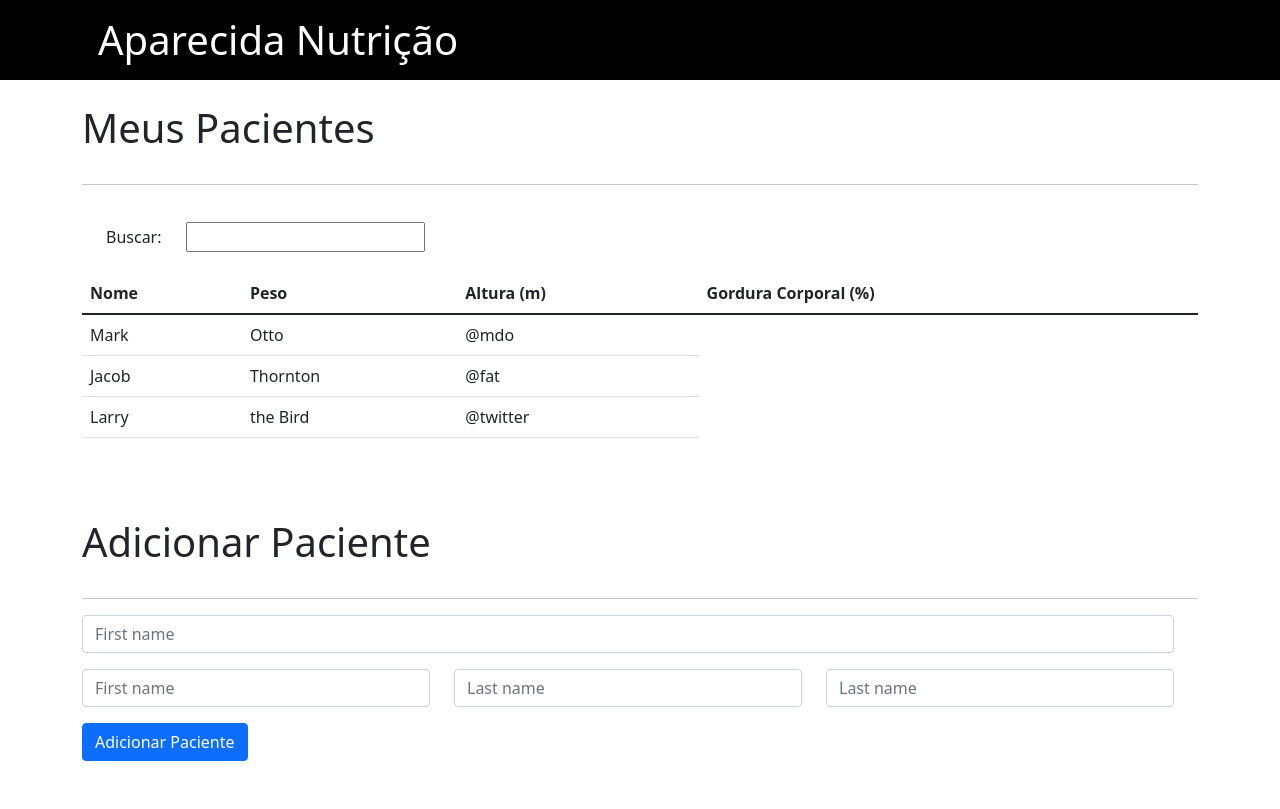
Repository: eversonps/app-paciente
Page: / (app in frontend/)
The author's editor kept a copy of each file at every save. The page is drawn from the files as they stood at one save, then again after the next save.
The browser window is 1280 px wide. The pictures show the whole page.
The project was rebuilt for these pictures with package versions that can differ from the ones it lists, and the page was loaded fresh each time.

Above is the page before, as saved 2022-03-28 14:46:49.

After the next save:
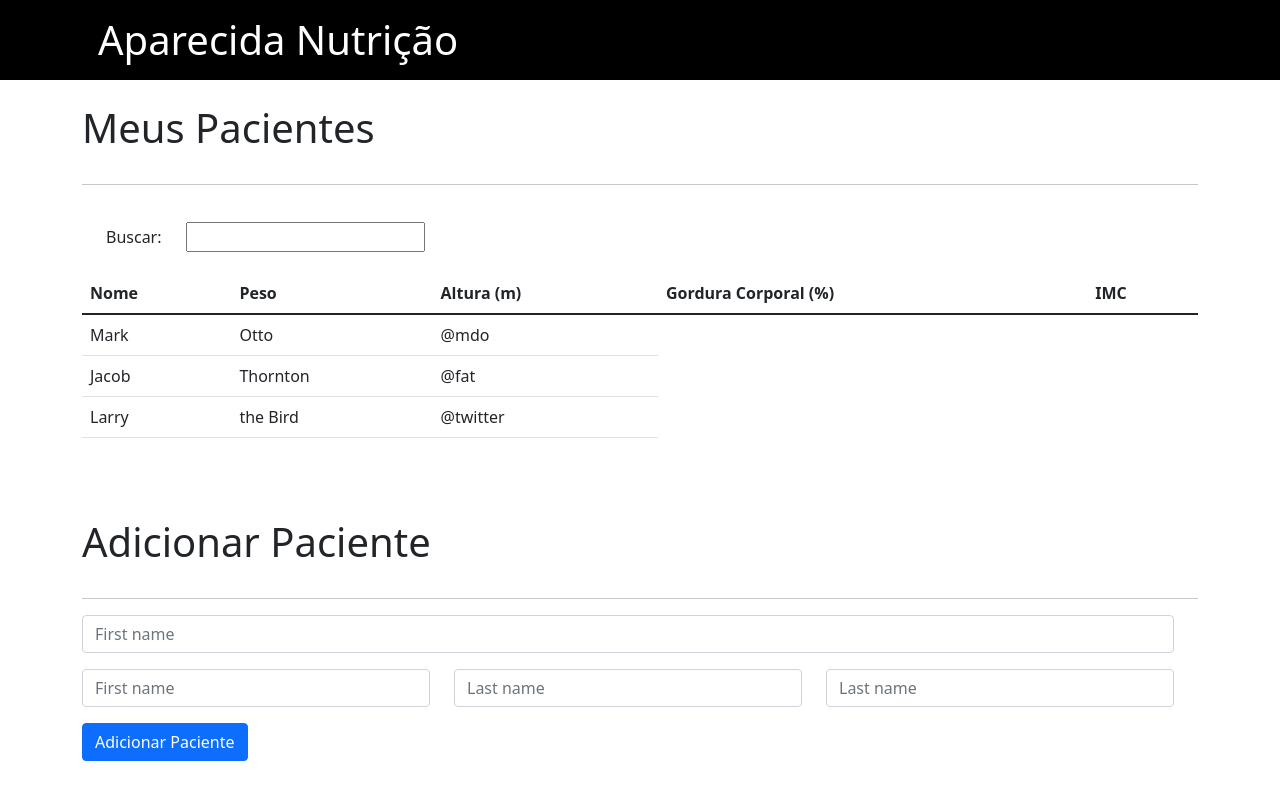
Saved 49 s later.
--- a/frontend/src/Templates/Table.jsx
+++ b/frontend/src/Templates/Table.jsx
@@ -9,7 +9,7 @@ export default props => (
                 <th scope="col">Peso</th>
                 <th scope="col">Altura (m)</th>
                 <th scope="col">Gordura Corporal (%)</th>
-                <th scope="col"></th>
+                <th scope="col">IMC</th>
             </tr>
         </thead>
         <tbody>
